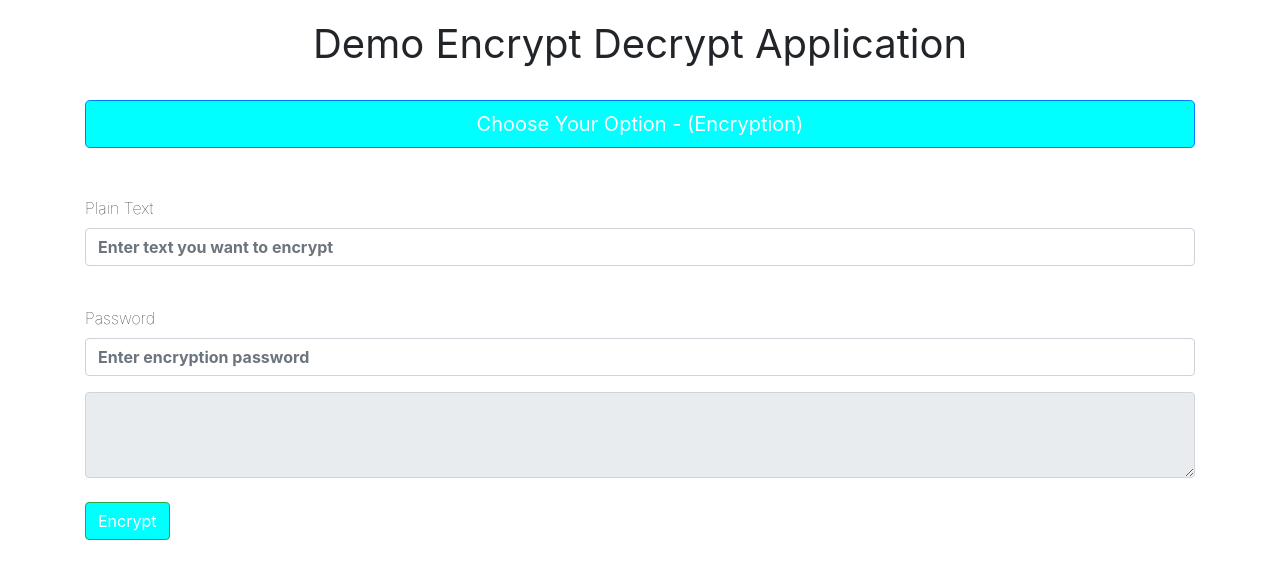
Repository: beardbytes/EncDecrypt
Page: / (app in EncryptDecrypt/)
These files come from the project's save history. The page is drawn as it stood at one moment and after the next save; the edit follows.
The browser window is 1280 px wide. The pictures show the whole page.
The project was rebuilt for these pictures with package versions that can differ from the ones it lists, and the page was loaded fresh each time. Also part of the build but not shown: EncryptDecrypt/angular.json.

Above is the page before, as saved 2020-08-15 16:12:40.

After the next save:
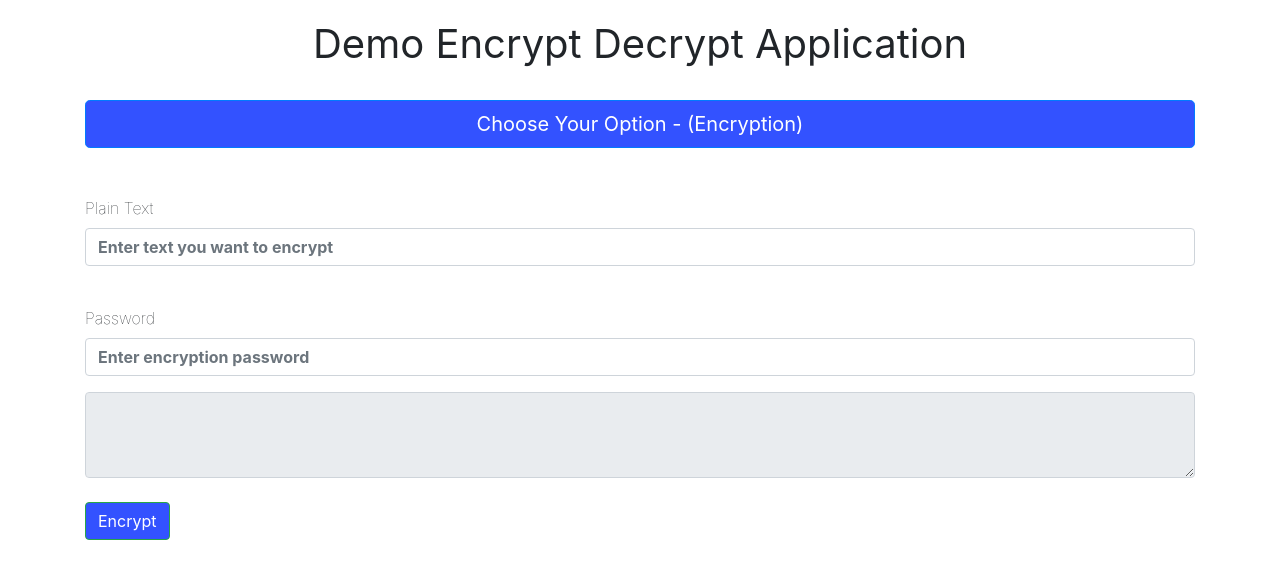
Saved 31 s later.
--- a/EncryptDecrypt/src/styles.css
+++ b/EncryptDecrypt/src/styles.css
@@ -11,7 +11,7 @@ body{
 }
 
 button[type="button"]{
-  background-color: #00FFFF	;
+  background-color: #3352FF	;
   color: #fff;
 
 }
